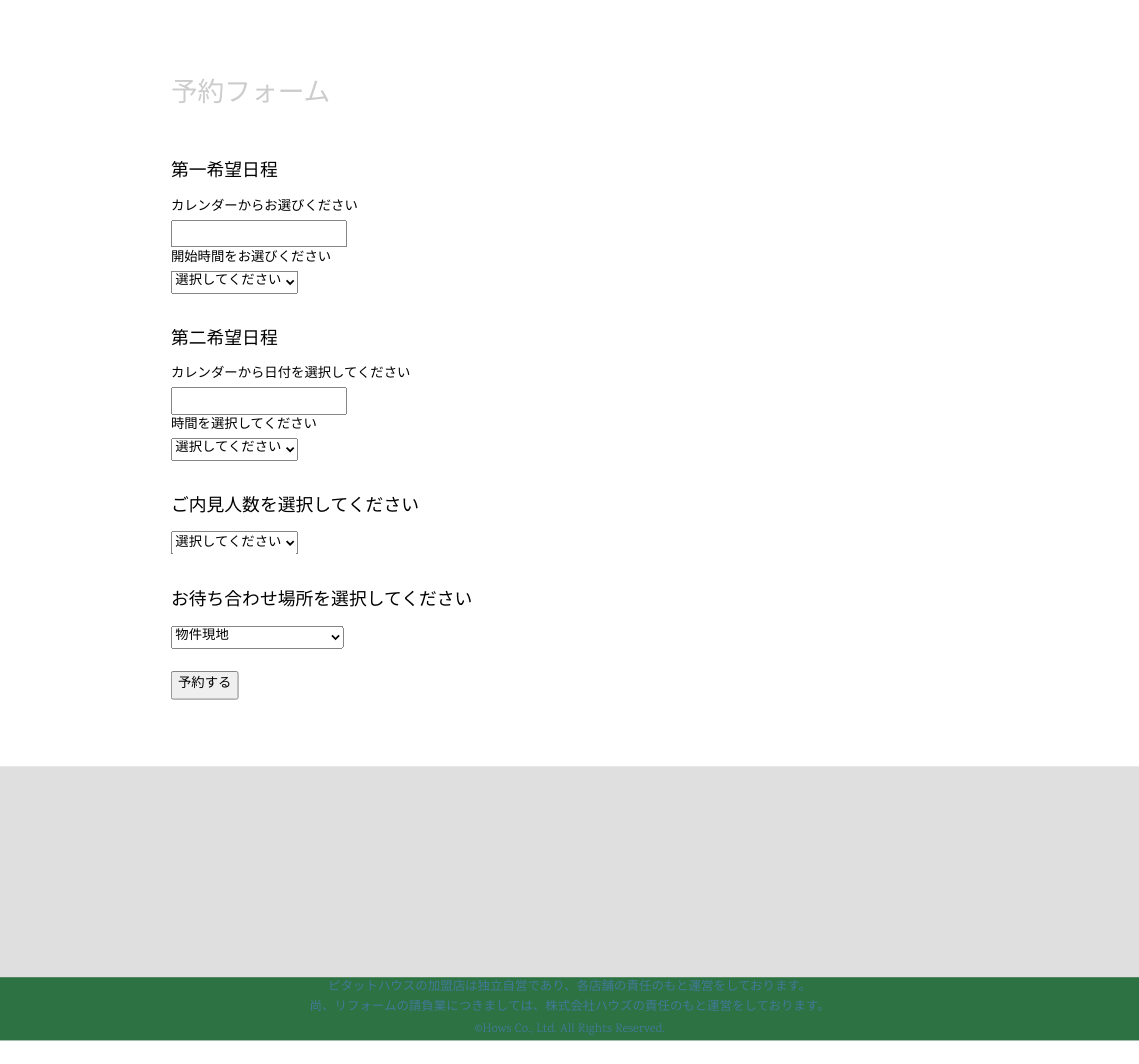
Repository: tuwen0803/contactform
Page: reservation.html
The author's editor kept a record of every edit. The page is drawn from the files as they stood at one moment, then again after the next edit.
The browser window is 1280 px wide. The pictures show the whole page, at 89% of full size.
Some web libraries are served in a nearby version.

Above is the page before.

After the next edit:
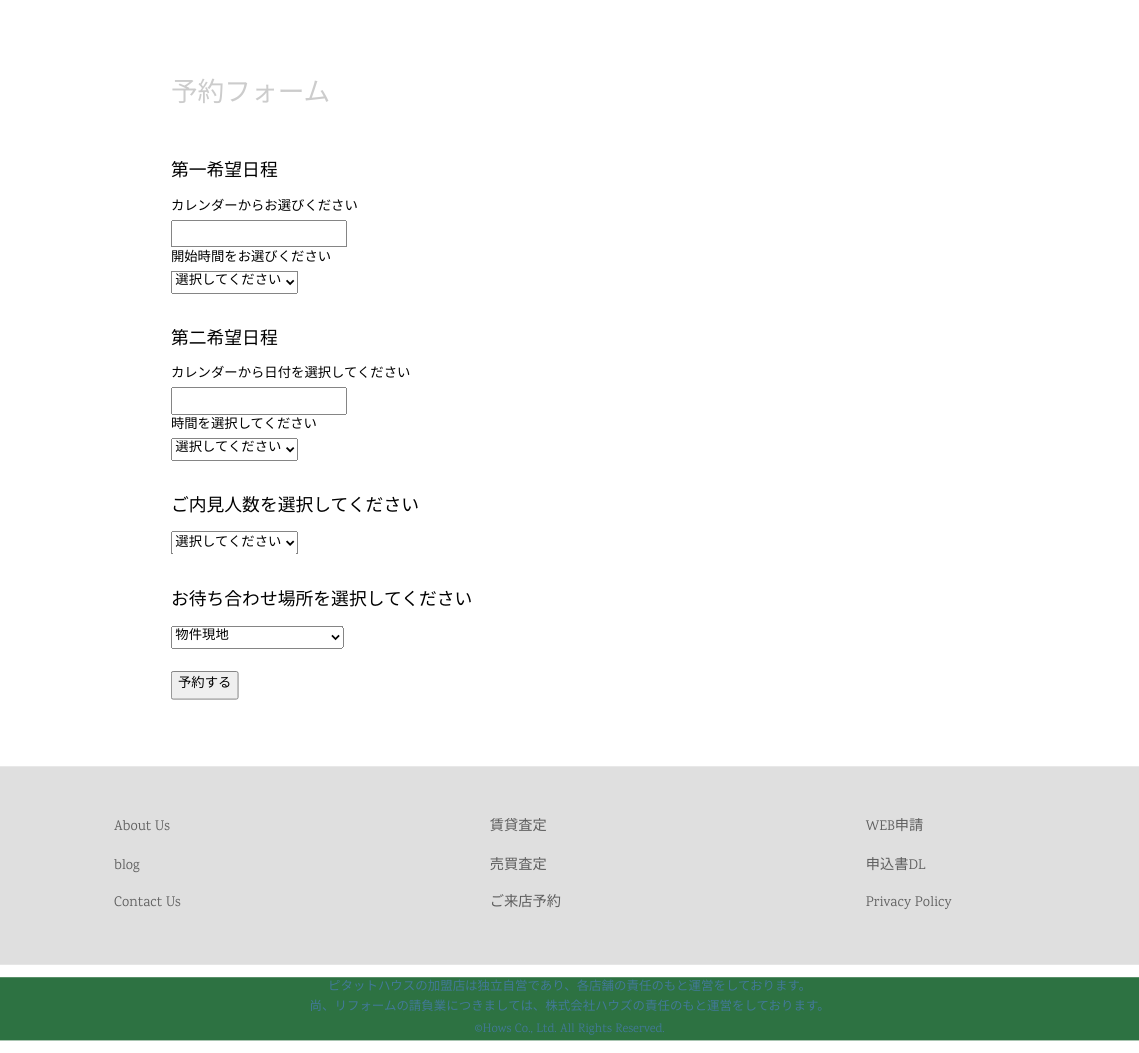
The edit:
--- a/reservation.html
+++ b/reservation.html
@@ -95,7 +95,6 @@
 </div>
 
 <div id="footer">
-    <div class="imgBox inview fadeIn_up">
         <div class="clearfix2">
 
             <div class="box">
